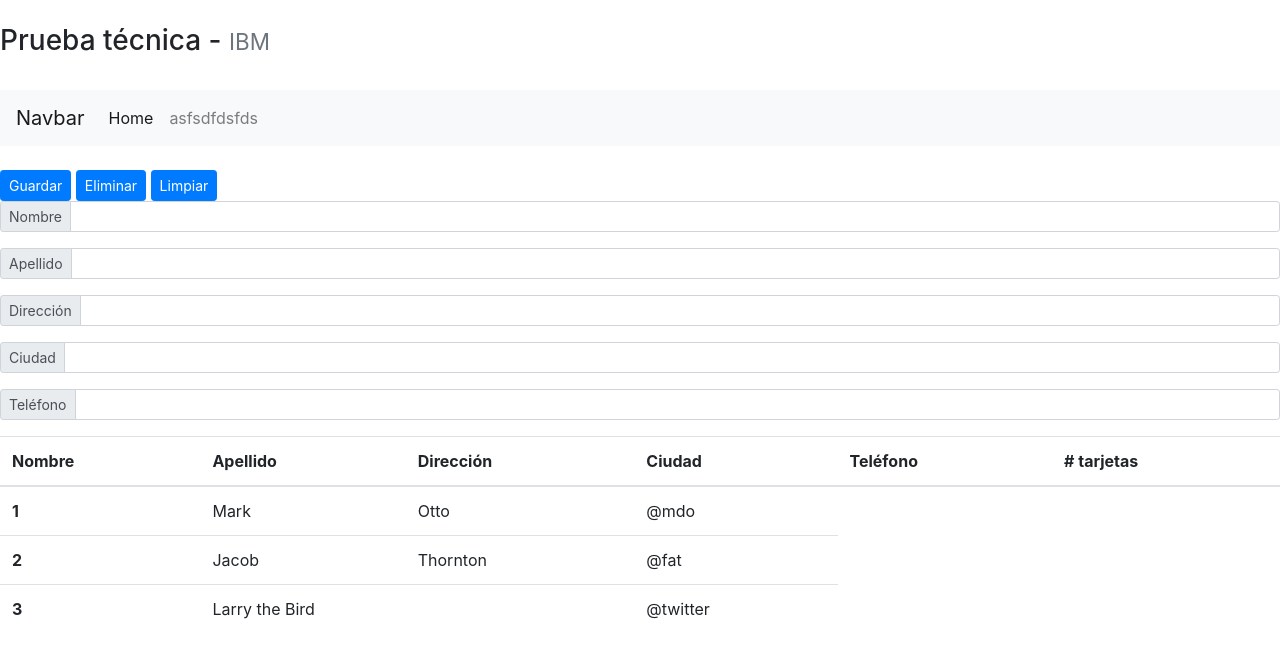
Repository: analozano16/ibm
Page: prueba_banco_war/src/main/webapp/index.html
These files come from the project's save history. The page is drawn as it stood at one moment and after a run of saves; the edit follows.
The browser window is 1280 px wide. The pictures show the whole page.
Some web libraries are served in a nearby version.

Above is the page before, as saved 2020-02-02 20:13:47.

### prueba_banco_war/src/main/webapp/index.html
<!DOCTYPE html>
<html ng-app="Clientes">
<head>
	<title>Prueba</title>
	<meta charset="utf-8" />
	<!-- angular -->
	<script src="https://ajax.googleapis.com/ajax/libs/angularjs/1.7.9/angular.min.js"></script>
	<!-- controlador -->
	<script type="text/javascript" src="app.js"></script>
	<!-- bootstrap -->
	<link rel="stylesheet" href="https://stackpath.bootstrapcdn.com/bootstrap/4.3.1/css/bootstrap.min.css" integrity="sha384-ggOyR0iXCbMQv3Xipma34MD+dH/1fQ784/j6cY/iJTQUOhcWr7x9JvoRxT2MZw1T" crossorigin="anonymous">

</head>
<body>
<br/>
<h3>
  Prueba técnica -
  <small class="text-muted"> IBM</small>
</h3>
<br/>
<nav class="navbar navbar-expand-lg navbar-light bg-light">
      <a class="navbar-brand" href="#">Navbar</a>
      <button class="navbar-toggler" type="button" data-toggle="collapse" data-target="#navbarSupportedContent" aria-controls="navbarSupportedContent" aria-expanded="false" aria-label="Toggle navigation">
        <span class="navbar-toggler-icon"></span>
      </button>

      <div class="collapse navbar-collapse" id="navbarSupportedContent">
        <ul class="navbar-nav mr-auto">
          <li class="nav-item active">
            <a class="nav-link" href="#">Home <span class="sr-only">sdssds</span></a>
          </li>
          <li class="nav-item">
            <a class="nav-link" href="#">asfsdfdsfds</a>
          </li>
         </ul>
      </div>
    </nav>


<br/>
<button type="button" class="btn btn-primary btn-sm">Guardar</button>
<button type="button" class="btn btn-primary btn-sm">Eliminar</button>
<button type="button" class="btn btn-primary btn-sm">Limpiar</button>

<br/>
<div class="input-group input-group-sm mb-3">
  <div class="input-group-prepend">
    <span class="input-group-text" id="inputGroup-sizing-sm">Nombre</span>
  </div>
  <input type="text" class="form-control" aria-label="Small" aria-describedby="inputGroup-sizing-sm">
</div>


<div class="input-group input-group-sm mb-3">
  <div class="input-group-prepend">
    <span class="input-group-text" id="inputGroup-sizing-sm">Apellido</span>
  </div>
  <input type="text" class="form-control" aria-label="Small" aria-describedby="inputGroup-sizing-sm">
</div>
<div class="input-group input-group-sm mb-3">
  <div class="input-group-prepend">
    <span class="input-group-text" id="inputGroup-sizing-sm">Dirección</span>
  </div>
  <input type="text" class="form-control" aria-label="Small" aria-describedby="inputGroup-sizing-sm">
</div>
<div class="input-group input-group-sm mb-3">
  <div class="input-group-prepend">
    <span class="input-group-text" id="inputGroup-sizing-sm">Ciudad</span>
  </div>
  <input type="text" class="form-control" aria-label="Small" aria-describedby="inputGroup-sizing-sm">
</div>
<div class="input-group input-group-sm mb-3">
  <div class="input-group-prepend">
    <span class="input-group-text" id="inputGroup-sizing-sm">Teléfono</span>
  </div>
  <input type="text" class="form-control" aria-label="Small" aria-describedby="inputGroup-sizing-sm">
</div>


<table class="table table-hover">
  <thead>
    <tr>
      <th scope="col">Nombre</th>
      <th scope="col">Apellido</th>
      <th scope="col">Dirección</th>
      <th scope="col">Ciudad</th>
      <th scope="col">Teléfono</th>
      <th scope="col"># tarjetas</th>
    </tr>
  </thead>
  <tbody>
    <tr>
      <th scope="row">1</th>
      <td>Mark</td>
      <td>Otto</td>
      <td>@mdo</td>
    </tr>
    <tr>
      <th scope="row">2</th>
      <td>Jacob</td>
      <td>Thornton</td>
      <td>@fat</td>
    </tr>
    <tr>
      <th scope="row">3</th>
      <td colspan="2">Larry the Bird</td>
      <td>@twitter</td>
    </tr>
  </tbody>
</table>
</body>
</html>

### prueba_banco_war/src/main/webapp/app.js
var app = angular.module("Clientes",[]);

app.controller("ClienteController", function($scope){

});

After the next 2 saves:
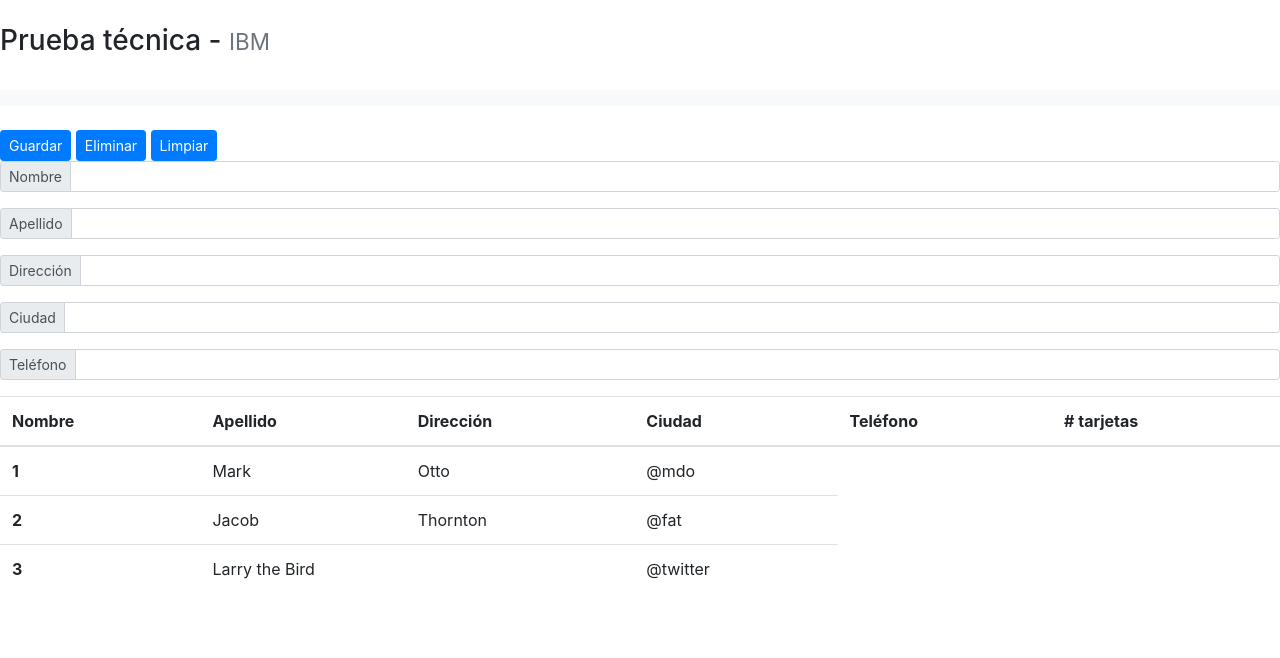
The 2 saves are shown as one change because they came seconds apart.
The last was saved 2 min 7 s later.
--- a/prueba_banco_war/src/main/webapp/index.html
+++ b/prueba_banco_war/src/main/webapp/index.html
@@ -18,23 +18,9 @@
   <small class="text-muted"> IBM</small>
 </h3>
 <br/>
-<nav class="navbar navbar-expand-lg navbar-light bg-light">
-      <a class="navbar-brand" href="#">Navbar</a>
-      <button class="navbar-toggler" type="button" data-toggle="collapse" data-target="#navbarSupportedContent" aria-controls="navbarSupportedContent" aria-expanded="false" aria-label="Toggle navigation">
-        <span class="navbar-toggler-icon"></span>
-      </button>
+<nav class="navbar navbar-expand-sm bg-light justify-content-center">
 
-      <div class="collapse navbar-collapse" id="navbarSupportedContent">
-        <ul class="navbar-nav mr-auto">
-          <li class="nav-item active">
-            <a class="nav-link" href="#">Home <span class="sr-only">sdssds</span></a>
-          </li>
-          <li class="nav-item">
-            <a class="nav-link" href="#">asfsdfdsfds</a>
-          </li>
-         </ul>
-      </div>
-    </nav>
+</nav>
 
 
 <br/>

After the save that followed:
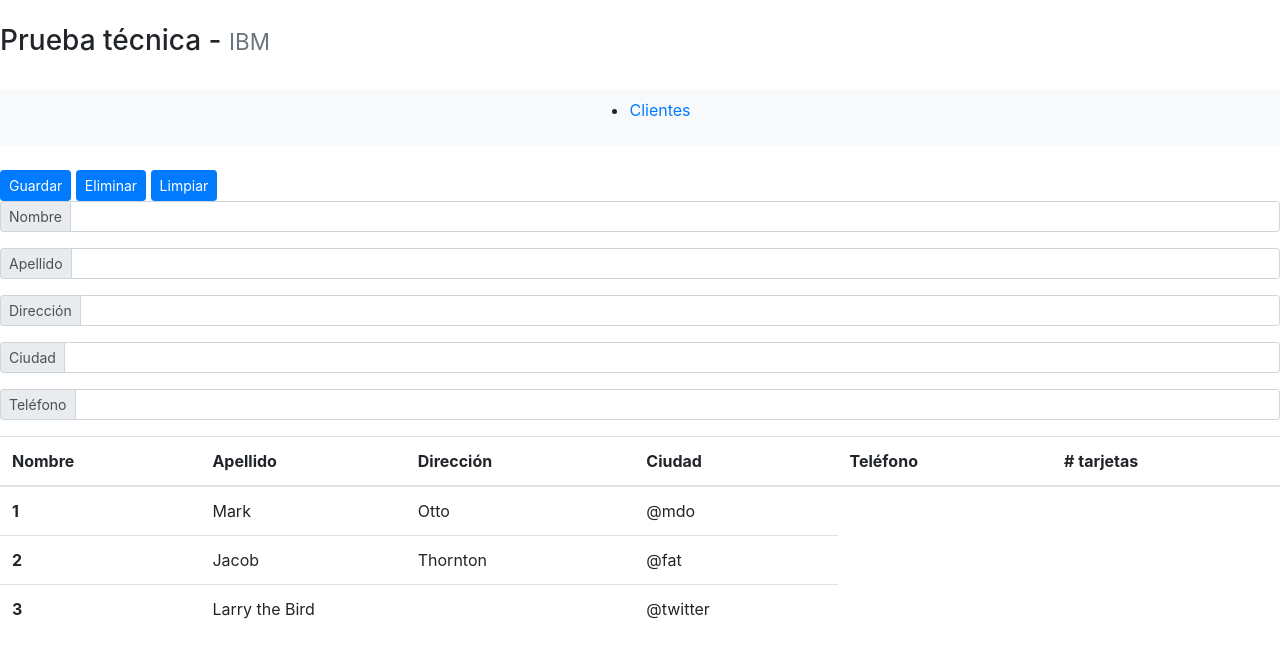
Saved 66 s later.
--- a/prueba_banco_war/src/main/webapp/index.html
+++ b/prueba_banco_war/src/main/webapp/index.html
@@ -19,7 +19,9 @@
 </h3>
 <br/>
 <nav class="navbar navbar-expand-sm bg-light justify-content-center">
-
+  <ul>
+    <li><a href="#">Clientes</a></li>
+  </ul>
 </nav>
 
 
